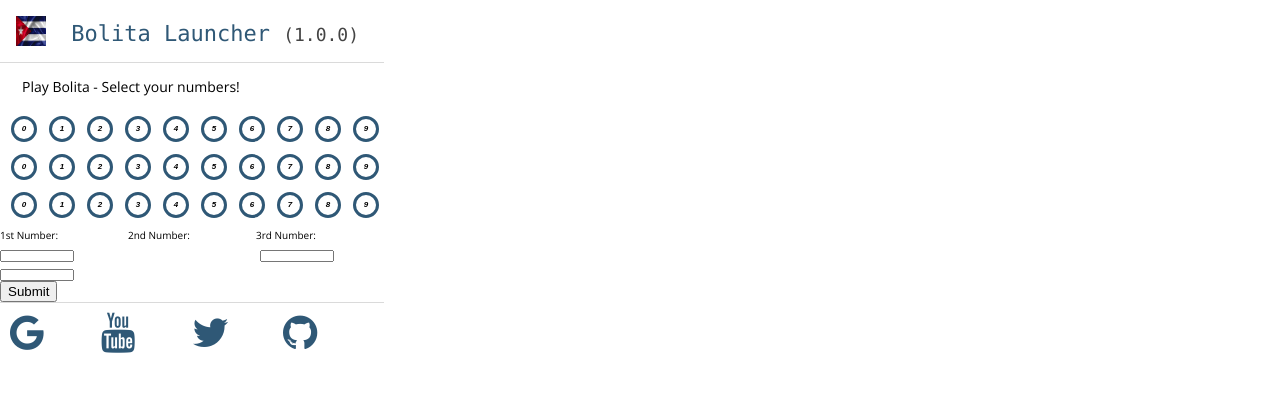
Repository: markymark617/BolitaChromeExtension
Page: popup.html
These files come from the project's save history. The page is drawn as it stood at one moment and after the next save; the edit follows.
The browser window is 1280 px wide. The pictures show the whole page.

Above is the page before, as saved 2020-09-06 14:35:43.

After the next save:
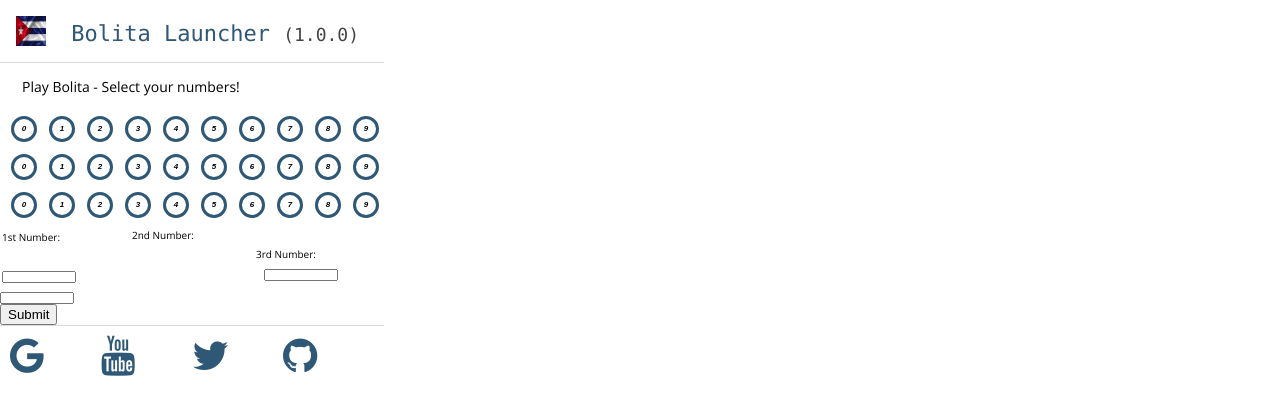
Saved 57 s later.
--- a/popup.css
+++ b/popup.css
@@ -129,6 +129,6 @@
         font-size:10px;
     }
 
-    .column-left{ float: left; width: 33.333%; }
+    .column-left{ float: left; width: 33.333%; padding:2px;}
 .column-right{ float: right; width: 33.333%; }
 .column-center{ display: inline-block; width: 33.333%; }

After the save that followed:
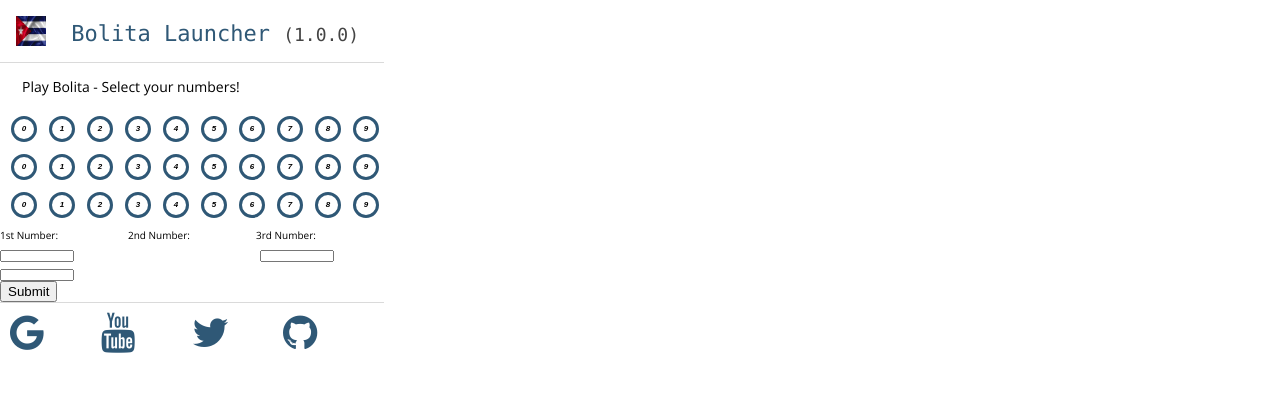
Saved 11 s later.
--- a/popup.css
+++ b/popup.css
@@ -129,6 +129,6 @@
         font-size:10px;
     }
 
-    .column-left{ float: left; width: 33.333%; padding:2px;}
+    .column-left{ float: left; width: 33.333%; }
 .column-right{ float: right; width: 33.333%; }
 .column-center{ display: inline-block; width: 33.333%; }
